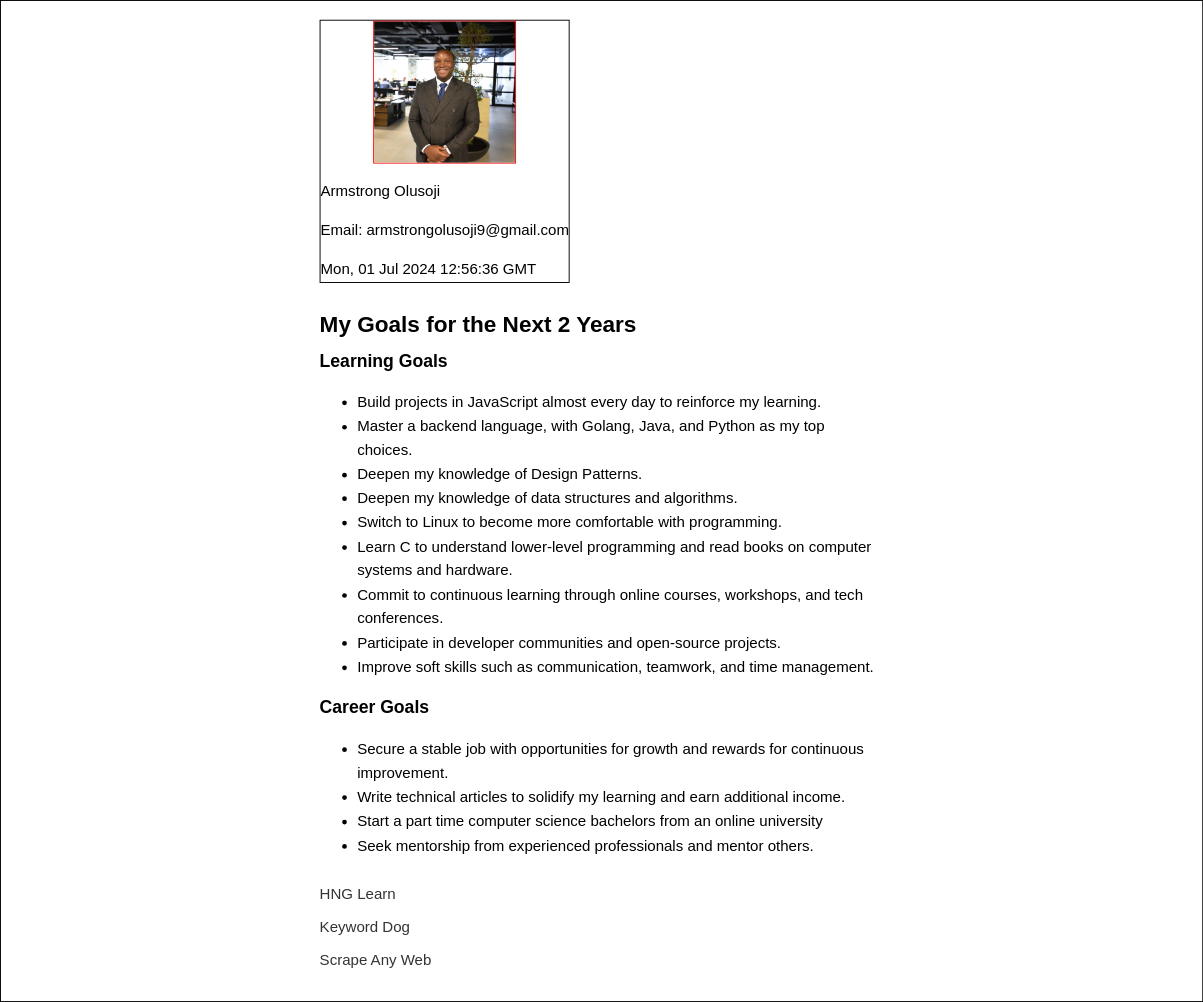
Repository: Armstrong2035/hng-project-one
Page: index.html
These files come from the project's save history. The page is drawn as it stood at one moment and after a run of saves; the edit follows.
The browser window is 1280 px wide. The pictures show the whole page, at 94% of full size.

Above is the page before, as saved 2024-07-01 16:28:07.

After the next 2 saves:
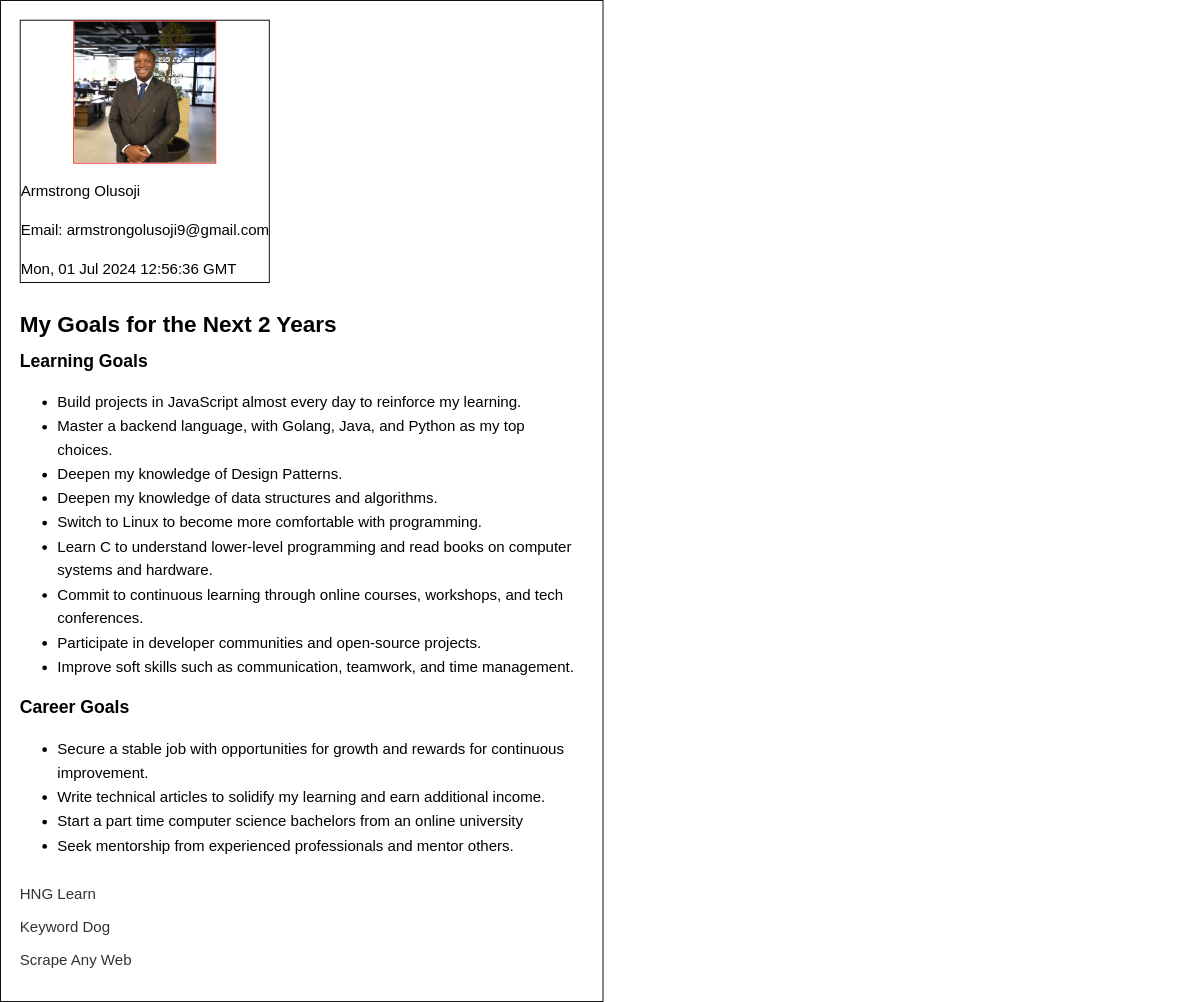
The 2 saves are shown as one change because they came seconds apart.
The last was saved 26 s later.
--- a/style.css
+++ b/style.css
@@ -3,6 +3,7 @@
   line-height: 1.6;
   margin: 0;
   padding: 0;
+  width: 50%;
   border: 1px solid black;
 }
 

After the save that followed:
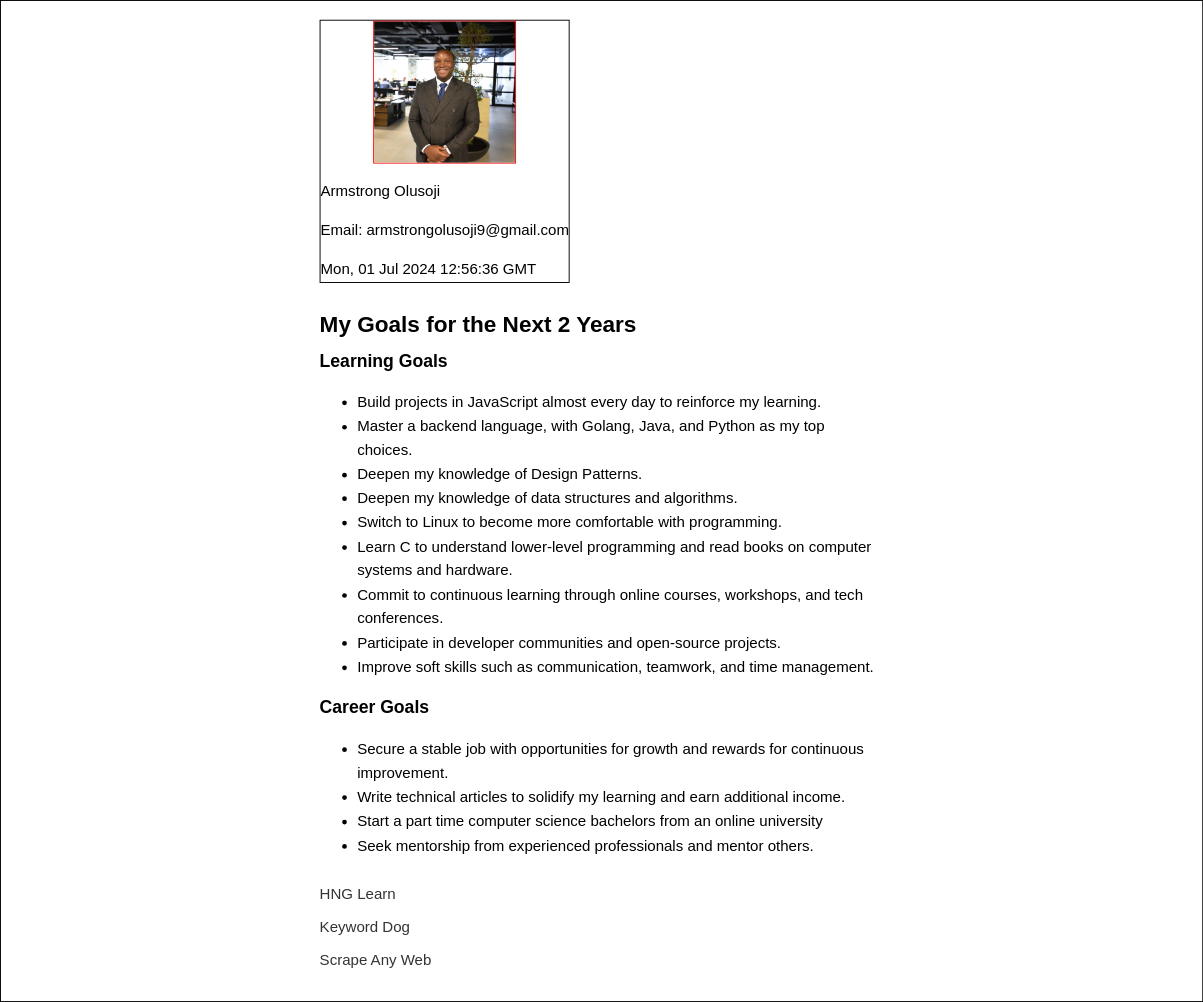
Saved 21 s later.
--- a/style.css
+++ b/style.css
@@ -3,7 +3,7 @@
   line-height: 1.6;
   margin: 0;
   padding: 0;
-  width: 50%;
+
   border: 1px solid black;
 }
 
